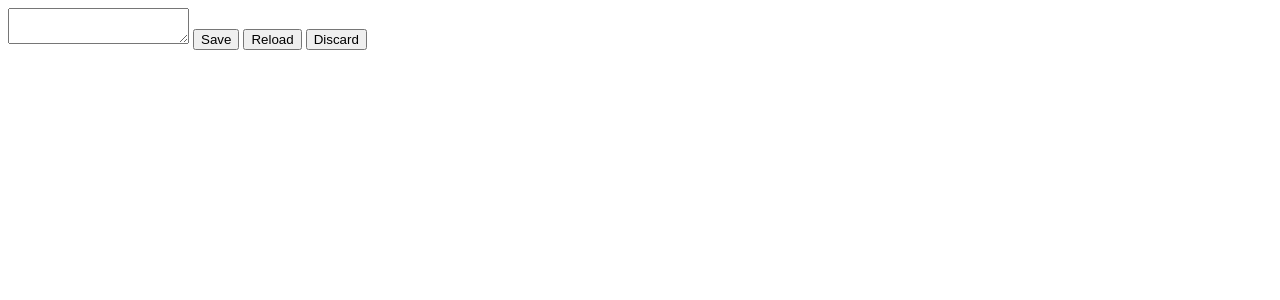
Repository: officialErnests/cssLoader
Page: popup.html
These files come from the project's save history. The page is drawn as it stood at one moment and after the next save; the edit follows.
The browser window is 1280 px wide. The pictures show the whole page.

Above is the page before, as saved 2026-06-19 13:17:19.
Console error: TypeError: Cannot read properties of null (reading 'addEventListener')

After the next save:
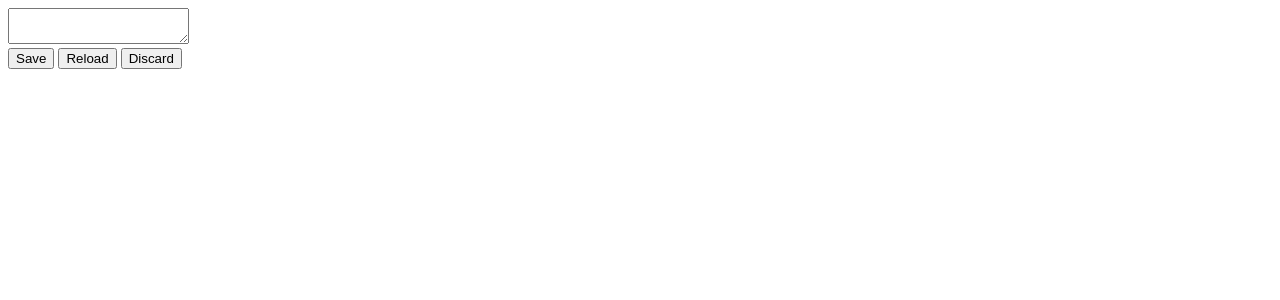
Saved 50 s later.
--- a/popup.html
+++ b/popup.html
@@ -1,10 +1,14 @@
 <!DOCTYPE html>
 <html>
 <body>
-  <script src="popup.js"></script>
-  <textarea name="css" id="css"></textarea>
-  <button>Save</button>
-  <button>Reload</button>
-  <button>Discard</button>
+    <script src="popup.js"></script>
+    <div>
+        <textarea name="css" id="css"></textarea>
+    </div>
+    <div>
+        <button>Save</button>
+        <button>Reload</button>
+        <button>Discard</button>
+    </div>
 </body>
 </html>
